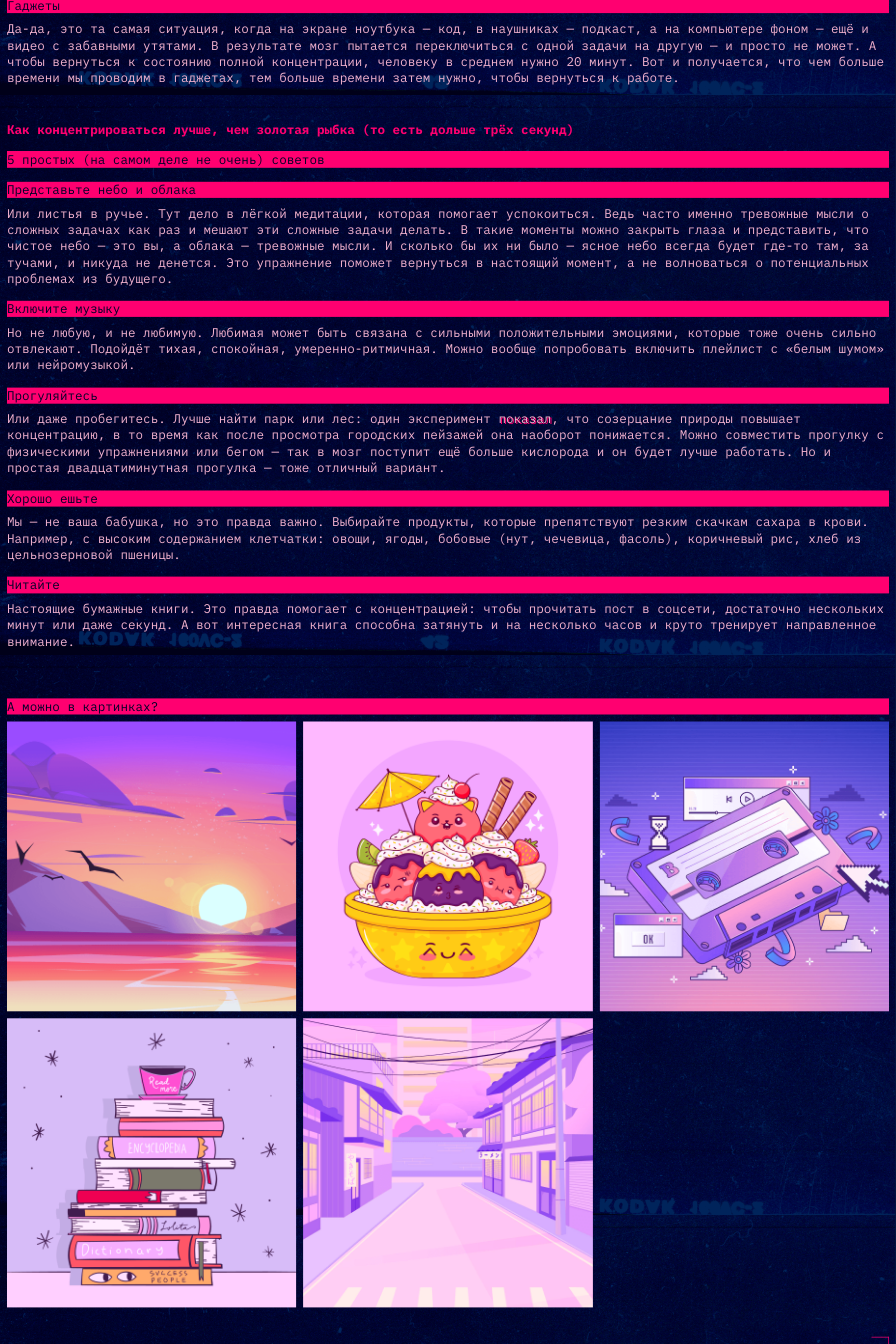
Repository: NikWolf75/slozhno-sosredotochitsya-fd
Page: index.html
These files come from the project's save history. The page is drawn as it stood at one moment and after the next save; the edit follows.
The browser window is 1280 px wide. The pictures show the part of the page from y = 1464 to 3384 px (the page is 4084 px tall before and 4054 px after), at 70% of full size.
Backgrounds fixed to the window are drawn as part of the page.

Above is the page before, as saved 2025-02-27 12:22:55.

After the next save:
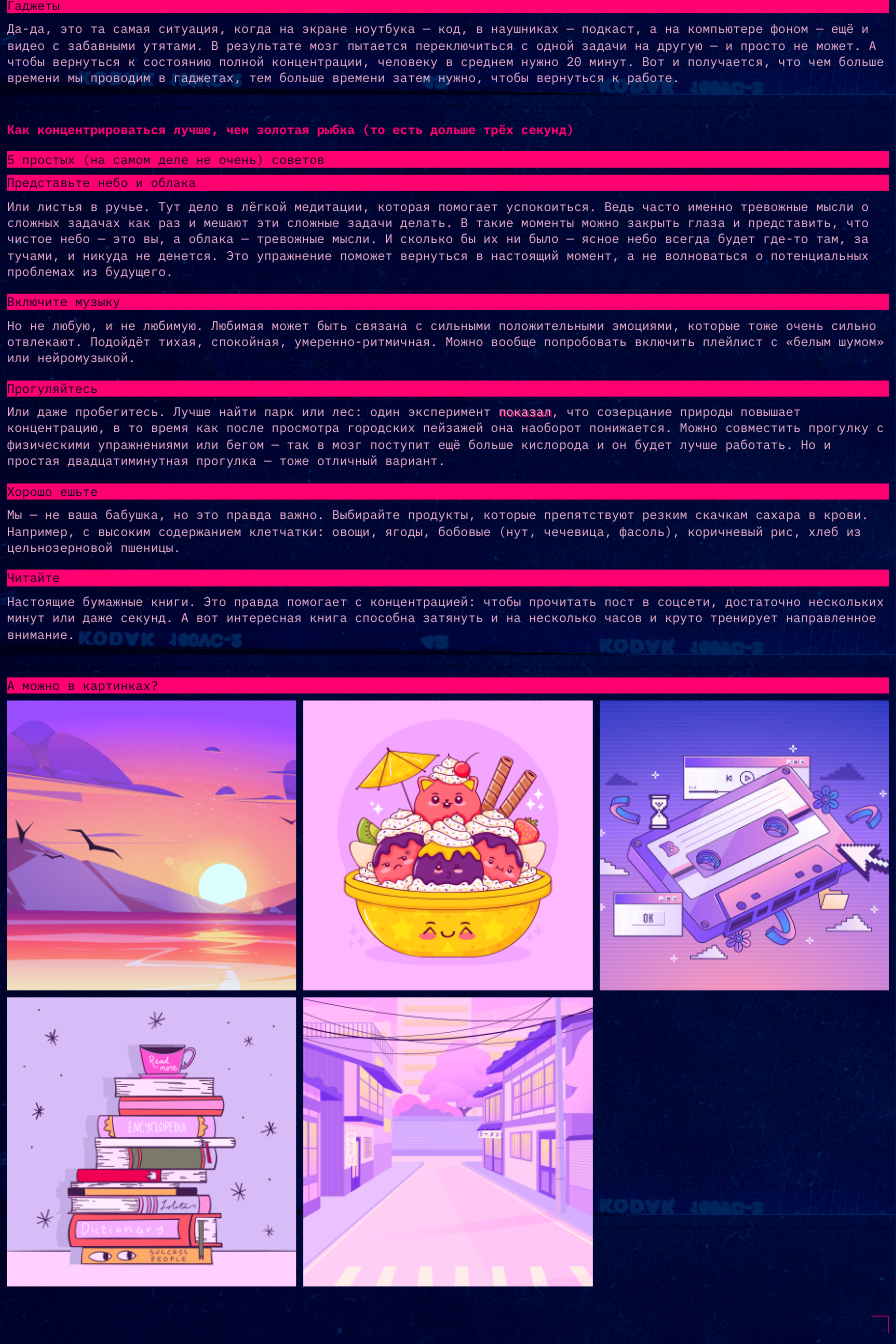
Saved 5 s later.
--- a/styles/style.css
+++ b/styles/style.css
@@ -178,7 +178,7 @@
 .content_how,
 .tips-undertitle {
   font-weight: var(--title-font-weight, 700);
-  margin-block-end: 20px;
+
 }
 
 .content__how,

After the save that followed:
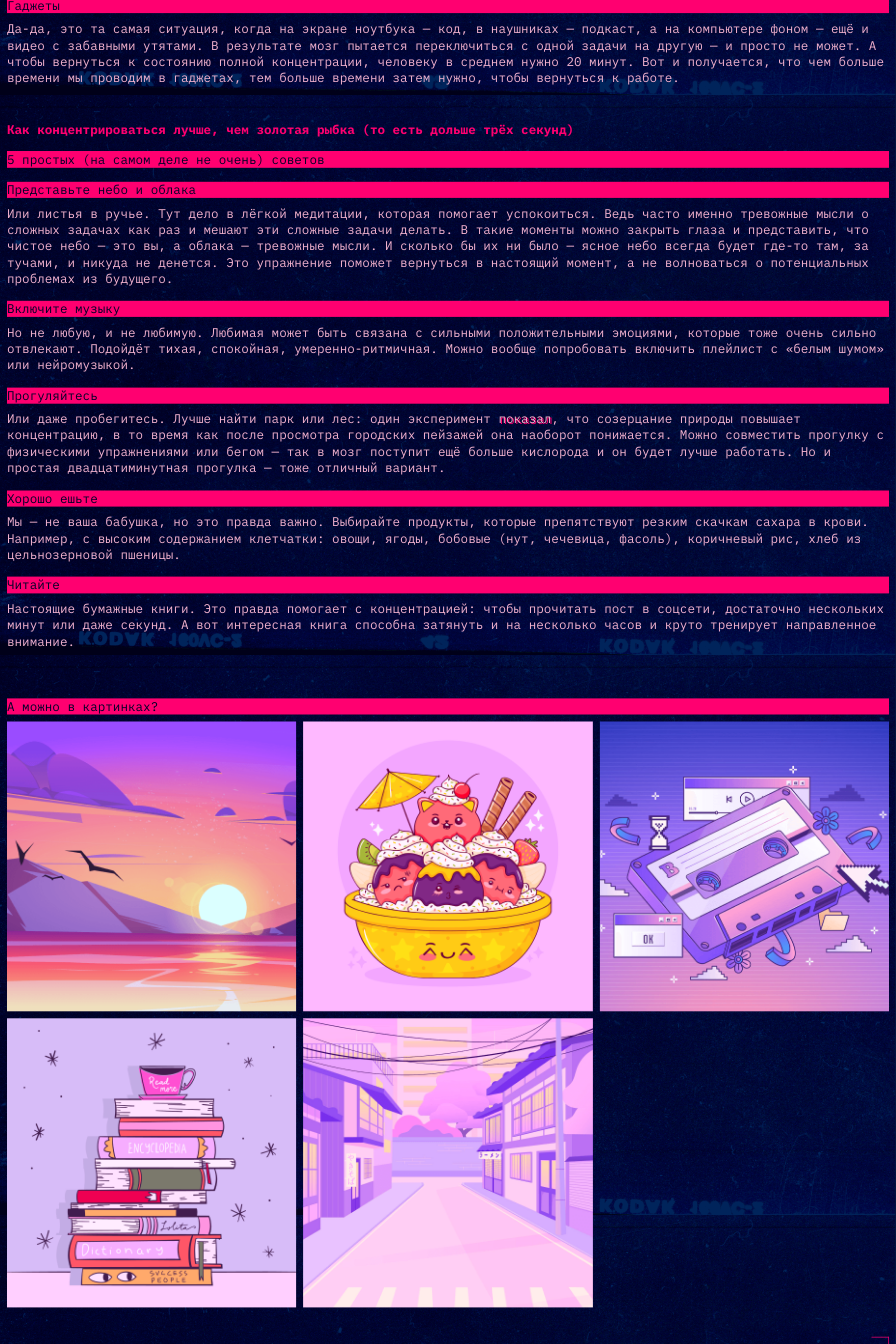
Saved 5 s later.
--- a/styles/style.css
+++ b/styles/style.css
@@ -178,7 +178,7 @@
 .content_how,
 .tips-undertitle {
   font-weight: var(--title-font-weight, 700);
-
+  margin-block-end: 20px;
 }
 
 .content__how,
